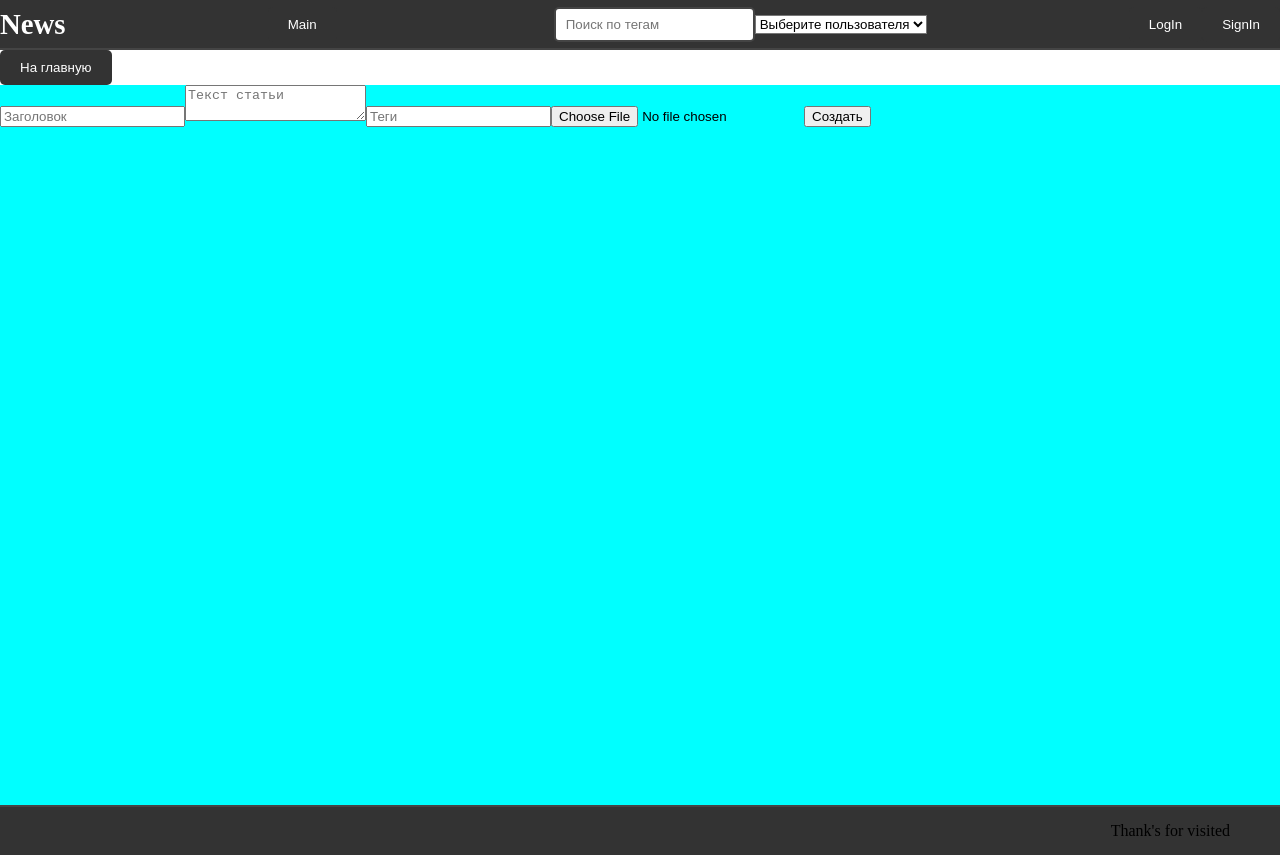
Repository: Igor-Blazhko/news_frontend
Page: /CreatePost
The author's editor kept a copy of each file at every save. The page is drawn from the files as they stood at one save, then again after a run of saves.
The browser window is 1280 px wide. The pictures show the whole page.
The project was rebuilt for these pictures with package versions that can differ from the ones it lists, and the page was loaded fresh each time. Also part of the build but not shown: vite.config.ts, src/components/allPost/onePost/onePost.module.css, src/components/allPost/onePost/onePost.tsx, src/components/allPost/allPost.tsx, src/components/auth/logIn/login.module.css, src/components/auth/logIn/login.tsx, src/components/auth/register/register.tsx, src/components/pageOnePost/comments/comment.tsx and 2 more.

Above is the page before, as saved 2024-07-15 15:44:03.

After the next 2 saves:
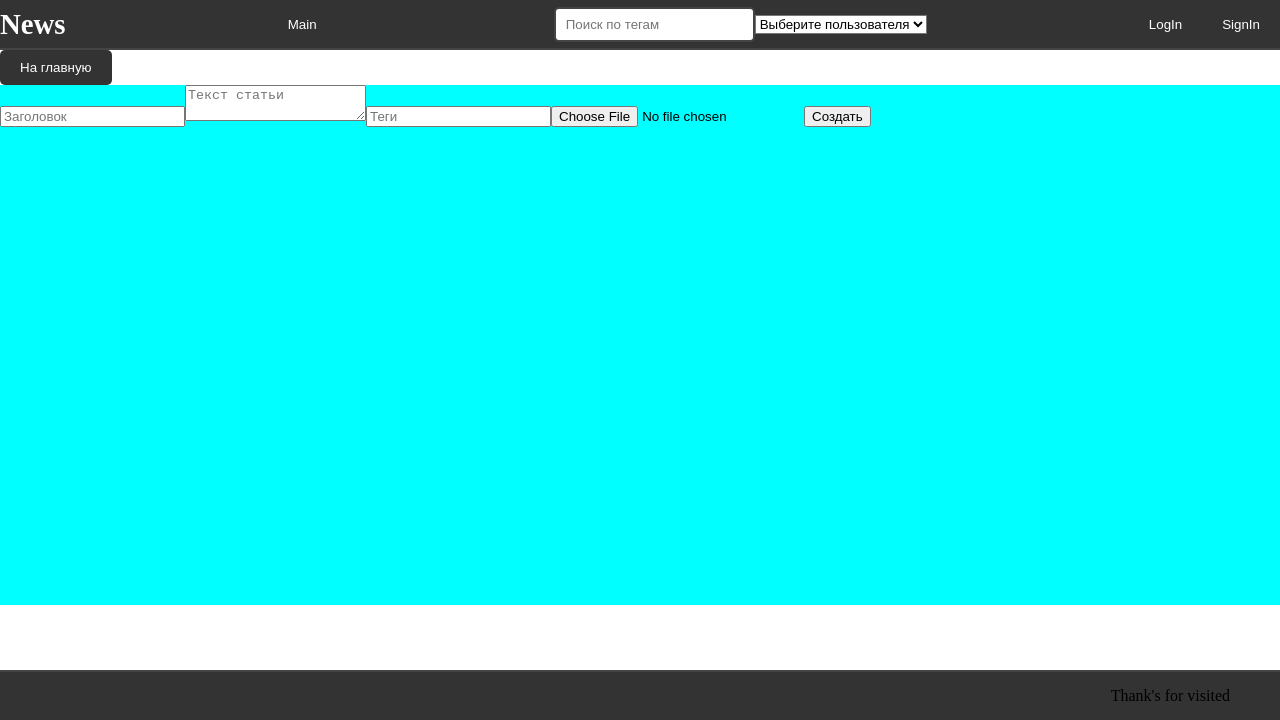
The 2 saves are shown as one change because they came seconds apart.
The last was saved 7 s later.
--- a/src/components/createPost/createPost.module.css
+++ b/src/components/createPost/createPost.module.css
@@ -1,5 +1,5 @@
 .form {
     background-color: aqua;
     width: 100%;
-    height: calc(100vh);
+    height: calc(100vh - 200px);
 }
